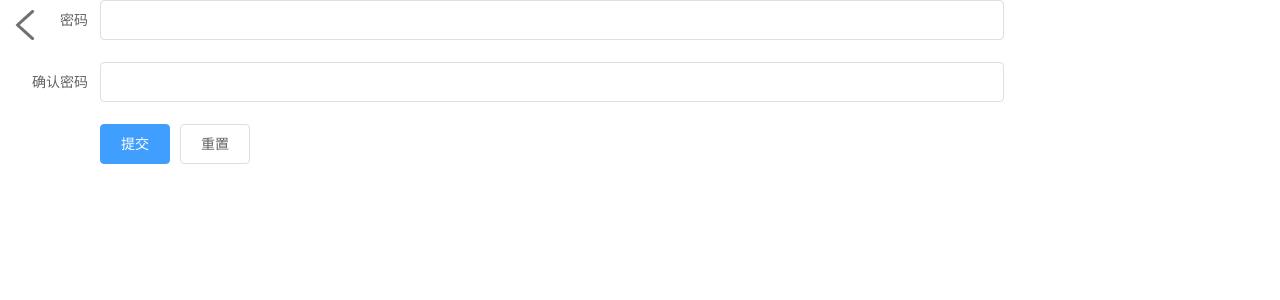
Repository: panlin520-team/lnmj-staffH5
Page: /#/forgetpassword
The author's editor kept a copy of each file at every save. The page is drawn from the files as they stood at one save, then again after a run of saves.
The browser window is 1280 px wide. The pictures show the whole page.
The project was rebuilt for these pictures with package versions that can differ from the ones it lists, and the page was loaded fresh each time. Also part of the build but not shown: src/views/Lojin.vue.

Above is the page before, as saved 2020-04-08 11:51:20.

### src/main.js
import Vue from 'vue'
import App from './App.vue'
import router from './router'
import store from './store'
import ElementUI from 'element-ui'
import '@/assets/scss/reset.less'
import 'element-ui/lib/theme-chalk/index.css';
Vue.use(ElementUI)


Vue.config.productionTip = false

new Vue({
  router,
  store,
  render: h => h(App)
}).$mount('#app')

### src/App.vue
<template>
  <div id="app">
    <router-view />
  </div>
</template>
<script>
export default {
  data() {
    return {
    };
  },
  created() {},
  methods: {
  }
};
</script>
<style lang="less">
</style>

### src/router/index.js
import Vue from 'vue'
import VueRouter from 'vue-router'
import Lojin from '../views/Lojin.vue'

Vue.use(VueRouter)

const routes = [
  //首页登录
  {
    path: '/',
    name: 'Lojin',
    component: Lojin
  },
  //首页登录
  {
    path: '/Lojin',
    name: 'Lojin',
    component: Lojin
  },
  //用户注册
  {
    path: '/register',
    name: 'Register',
    component: () => import('../views/Register.vue')
  },
  //用户忘记密码
  {
    path: '/forgetpassword',
    name: 'Forgetpassword',
    component: () => import('../views/Forgetpassword.vue')
  },
  //登录首页
  {
    path: '/homepage',
    name: 'Homepage',
    component: () => import('../views/Homepage.vue')
  },
]

const router = new VueRouter({
  routes
})

export default router

### src/assets/scss/reset.less
* {
  margin: 0;
  padding: 0;
}

div {
  box-sizing: border-box;
  -webkit-tap-highlight-color: rgba(0, 0, 0, 0);
  // -webkit-user-select: none;
}

img {
  border: 0;
}

ul,
ol {
  list-style: none;
}

textarea {
  // 禁止调节文本域尺寸
  resize: none;
  outline-style: none;
  -webkit-appearance: none;
}

input,
button {
  outline-style: none;
  box-sizing: border-box;
  border: none;
}

// 输入框提示文本颜色设置
input::-moz-focus-inner {
  border: 0;
}

input::-webkit-input-placeholder {
  /* WebKit browsers */
  color: #BBB;
}

input::-moz-placeholder {
  /* Mozilla Firefox 19+ */
  color: #BBB;
}

input:-ms-input-placeholder {
  /* Internet Explorer 10+ */
  color: #BBB;
}

html,
body {
  width: 100%;
  height: 100%;
}

body {
  background-color: #ffffff;
  font-family: "Helvetica Neue", Helvetica, "PingFang SC", "Hiragino Sans GB", "Microsoft YaHei", "微软雅黑", Arial, sans-serif;
  font-size: 14px;
  color: #101010;
}

#app {
  position: relative;
  width: 100%;
  height: 100%;
}

// 滚动条尺寸
div::-webkit-scrollbar {
  width: 10px;
  height: 10px;
}

// 滚动条内部方块
// div::-webkit-scrollbar-thumb {
//   border-radius: 10px;
//   box-shadow: inset 0 0 5px rgba(0, 0, 0, 0.2);
//   background: #52BD3A;
// }

// 滚动条轨道
// div::-webkit-scrollbar-track {
//   box-shadow: inset 0 0 5px rgba(0, 0, 0, 0.2);
//   border-radius: 10px;
//   background: rgba(0, 0, 0, 0.1);
// }

.topBand {
  width: 100%;
  height: 80px;
  background: #23A547;
  display: flex;
  position: fixed;
  top: 0;
  left: 0;
  z-index: 100;
}

.container {
  display: flex;
  background: #ffffff;
  padding-top: 80px;
  z-index: 99;
  height: 100%;

  .aside {
    width: 200px;
    min-width: 200px;
    overflow: hidden;
    white-space: nowrap;
    text-overflow: ellipsis;
    position: fixed;
    top: 80px;
    bottom: 0;
    left: 0;
  }

  .main {
    flex: 1;

    &.active {
      padding-left: 200px;
    }
  }
}

.footer {
  height: 80px;
  background: #23A547;
}

.scrollX {
  overflow-x: auto;
  overflow-y: hidden;
}

.scrollY {
  overflow-x: hidden;
  overflow-y: auto;
}

.popPage {
  position: fixed;
  top: 0;
  left: 0;
  width: 100%;
  height: 100%;
  padding: 20px;
  z-index: 100;
  background-color: #ffffff;
}

.nowrap {
  overflow: hidden;
  white-space: nowrap;
  text-overflow: ellipsis;
}

.btn-pointer {
  cursor: pointer;
}

### src/views/Forgetpassword.vue
 <!--修改密码-->
<template>
  <div class="forgetpassword">
    <div class="imgs" @click="returnLojin">
      <img src="../assets/images/icon-left.png" alt />
    </div>
    <div class="changepassword">
      <el-form
        :model="ruleForm"
        status-icon
        :rules="rules"
        ref="ruleForm"
        label-width="100px"
        class="demo-ruleForm"
      >
        <el-form-item label="密码" prop="pass">
          <el-input type="password" v-model="ruleForm.pass" autocomplete="off"></el-input>
        </el-form-item>
        <el-form-item label="确认密码" prop="checkPass">
          <el-input type="password" v-model="ruleForm.checkPass" autocomplete="off"></el-input>
        </el-form-item>
        <el-form-item>
          <el-button type="primary" @click="submitForm('ruleForm')">提交</el-button>
          <el-button @click="resetForm('ruleForm')">重置</el-button>
        </el-form-item>
      </el-form>
    </div>
  </div>
</template>


<script>
export default {
  name: "forgetpassword",
  components: {},
  data() {
    //输入密码
    var validatePass = (rule, value, callback) => {
      if (value === "") {
        callback(new Error("请输入密码"));
      } else {
        if (this.ruleForm.checkPass !== "") {
          this.$refs.ruleForm.validateField("checkPass");
        }
        callback();
      }
    };
    var validatePass2 = (rule, value, callback) => {
      if (value === "") {
        callback(new Error("请再次输入密码"));
      } else if (value !== this.ruleForm.pass) {
        callback(new Error("两次输入密码不一致!"));
      } else {
        callback();
      }
    };
    return {
      //修改密码数据
      ruleForm: {
        pass: "",
        checkPass: ""
      },

      //验证规则
      rules: {
        pass: [{ validator: validatePass, trigger: "blur" }],
        checkPass: [{ validator: validatePass2, trigger: "blur" }]
      }
    };
  },
  created() {},
  methods: {
    //返回登录页面
    returnLojin() {
      const _this = this;
      _this.$router.replace("/Lojin");
    },
    //验证成功
    submitForm(formName) {
      this.$refs[formName].validate(valid => {
        if (valid) {
          alert("submit!");
        } else {
          console.log("error submit!!");
          return false;
        }
      });
    },
    resetForm(formName) {
      this.$refs[formName].resetFields();
    }
  }
};
</script>

<style lang="less" scoped>
.forgetpassword {
  width: 100%;
  height: 100%;
  position: relative;
  .imgs {
    width: 50px;
    height: 50px;
    padding: 10px;
    img {
      width: 100%;
      height: 100%;
    }
  }
  .changepassword {
    position: absolute;
    top: 0;
    bottom: 0;
    top: 0;
    top: 0;
    width: 80%;
    height: 280px;
    margin-top: 20px;
    margin: 0 auto;
    .el-form {
      margin-right: 20px;
    }
  }
}
</style>

Loaded but not shown: public/index.html (common file); src/store/index.js (common file)

After the next 4 saves:
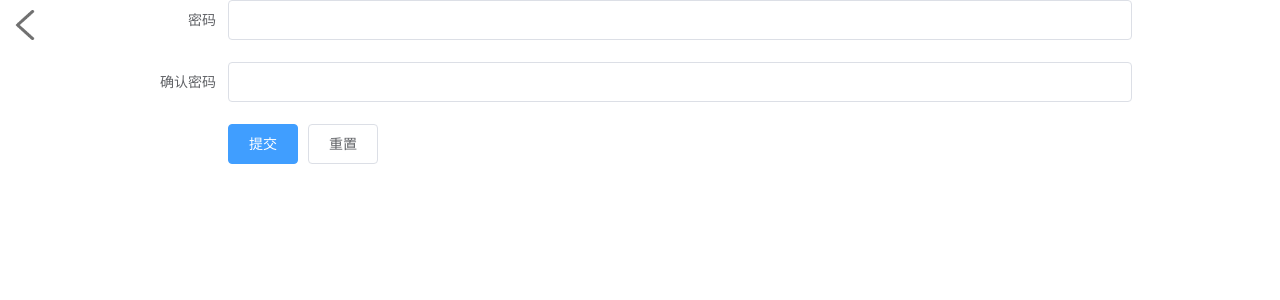
The 4 saves are shown as one change because they came seconds apart.
The last was saved 13 s later.
--- a/src/views/Forgetpassword.vue
+++ b/src/views/Forgetpassword.vue
@@ -111,8 +111,8 @@ export default {
     position: absolute;
     top: 0;
     bottom: 0;
-    top: 0;
-    top: 0;
+    right: 0;
+    left: 0;
     width: 80%;
     height: 280px;
     margin-top: 20px;
